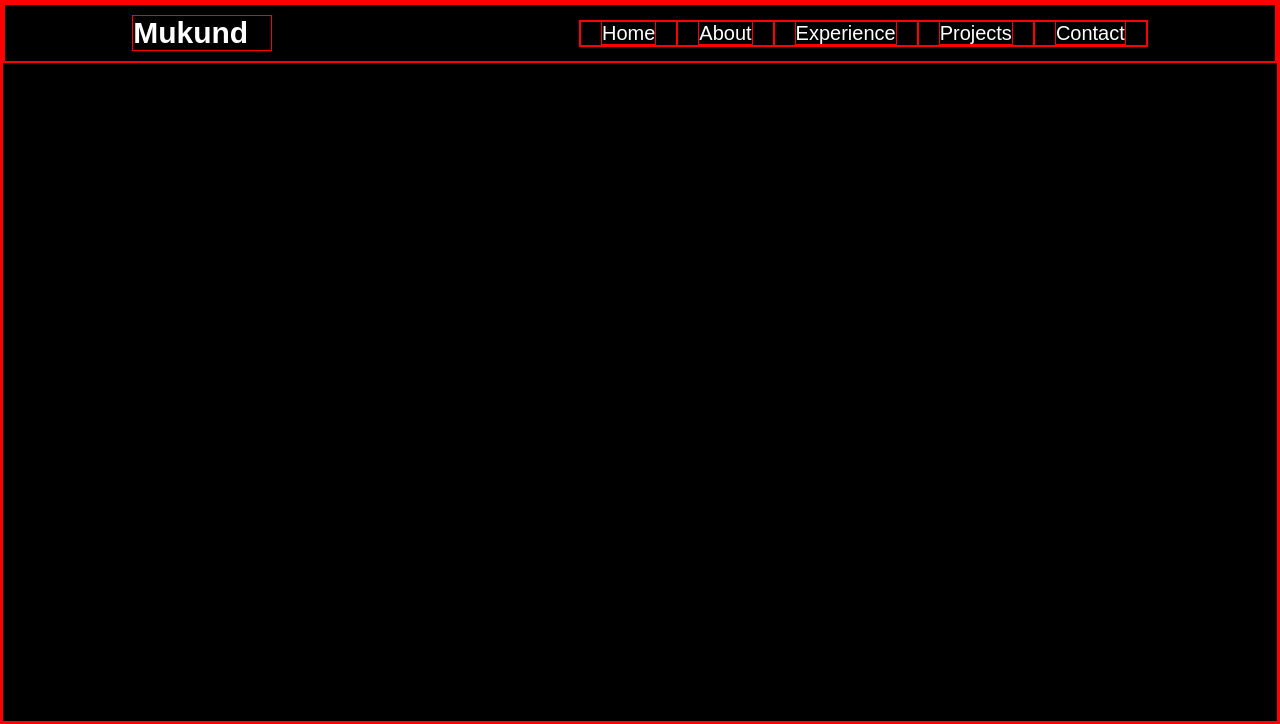
Repository: mukundgangurde/expense-tracker
Page: index.html
An editor plug-in stored every save of this project. The page is shown before and after a run of saves, followed by the edit.
The browser window is 1280 px wide. The pictures show the whole page.

Above is the page before, as saved 2025-11-02 17:43:00.

After the next 2 saves:
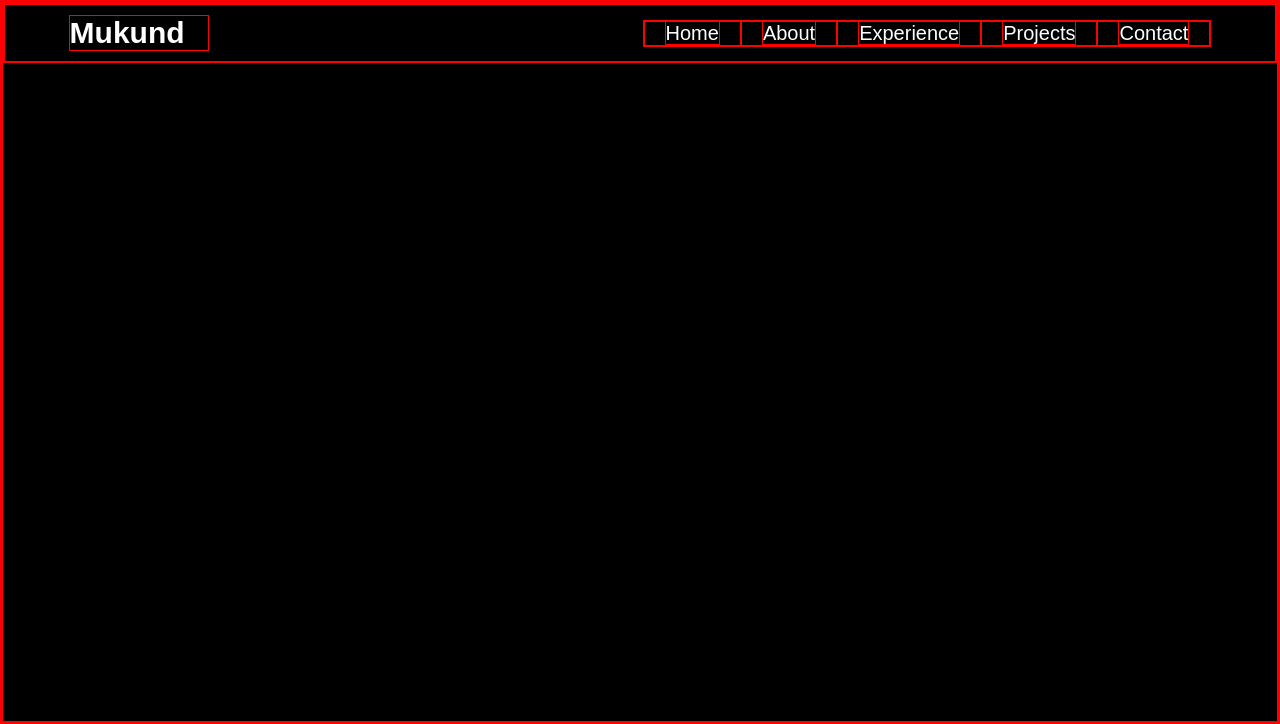
The 2 saves are shown as one change because they came seconds apart.
The last was saved 8 s later.
--- a/style.css
+++ b/style.css
@@ -30,7 +30,7 @@ nav {
   justify-content: space-between;
   align-items: center;
   flex-wrap: wrap;
-  padding: 10px 10%;
+  padding: 10px 5%;
 }
 
 ul {
